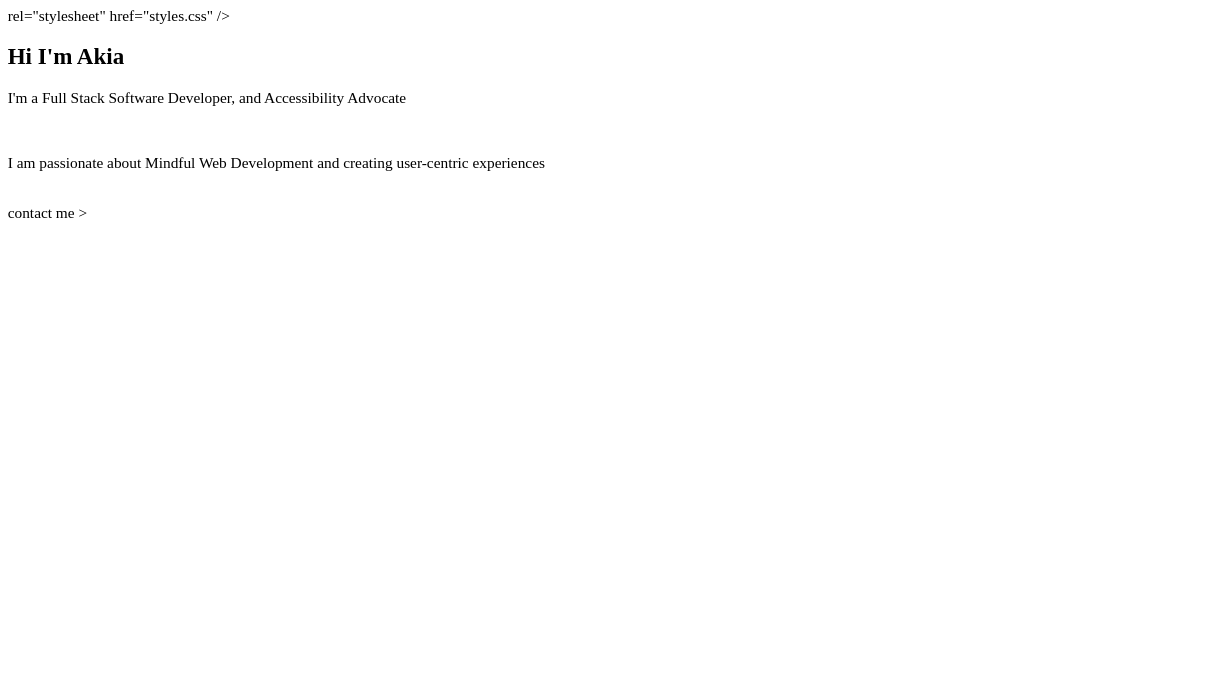
Repository: akiachenise/akiachenise.github.io
Page: index.html
An editor plug-in stored every save of this project. The page is shown before and after the next save, followed by the edit.
The browser window is 1280 px wide. The pictures show the whole page, at 96% of full size.

Above is the page before, as saved 2023-06-08 13:18:30.

After the next save:
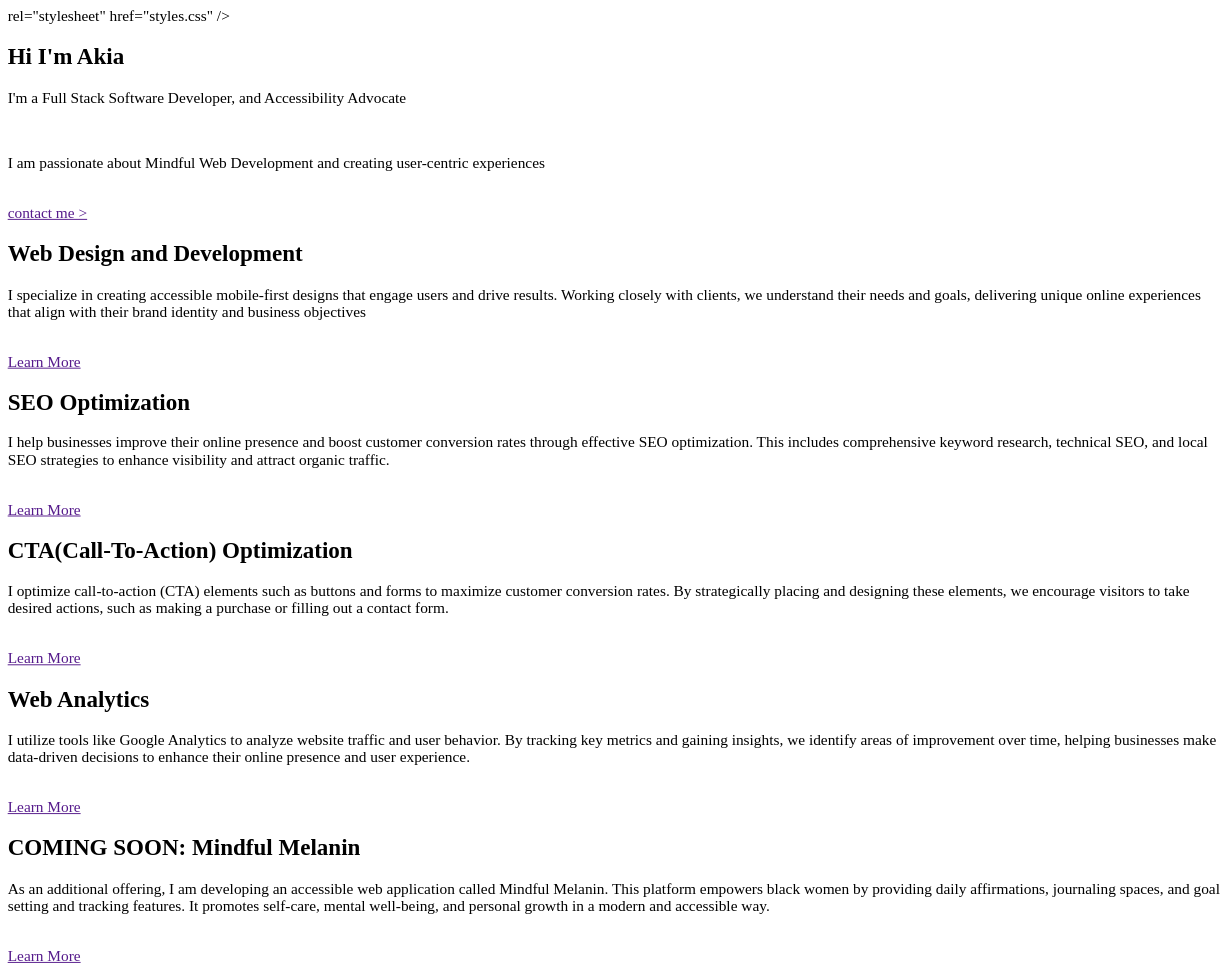
Saved 25 min 34 s later.
--- a/index.html
+++ b/index.html
@@ -22,10 +22,39 @@
             <br/>
             <p>I am passionate about Mindful Web Development and creating user-centric experiences</p>
             <br/>
-            <a>contact me ></a>
+            <a href="">contact me ></a>
         </div>
 
         </section>
+    <section class="dub-section">
+        <div class="square">
+            <h2>Web Design and Development</h2>
+            <p>I specialize in creating accessible mobile-first designs that engage users and drive results. Working closely with clients, we understand their needs and goals, delivering unique online experiences that align with their brand identity and business objectives</p>
+            </br>
+            <a href="">Learn More</a>
+            <h2>SEO Optimization</h2>
+            <p>I help businesses improve their online presence and boost customer conversion rates through effective SEO optimization. This includes comprehensive keyword research, technical SEO, and local SEO strategies to enhance visibility and attract organic traffic.</p>
+            </br>
+            <a href="">Learn More</a>
+            <h2>CTA(Call-To-Action) Optimization</h2>
+            <p>I optimize call-to-action (CTA) elements such as buttons and forms to maximize customer conversion rates. By strategically placing and designing these elements, we encourage visitors to take desired actions, such as making a purchase or filling out a contact form.</p>
+            </br>
+            <a href="">Learn More</a>
+            <h2>Web Analytics</h2>
+            <p>I utilize tools like Google Analytics to analyze website traffic and user behavior. By tracking key metrics and gaining insights, we identify areas of improvement over time, helping businesses make data-driven decisions to enhance their online presence and user experience.</p>
+            </br>
+            <a href="">Learn More</a>
+            <h2>COMING SOON: Mindful Melanin</h2>
+            <p>As an additional offering, I am developing an accessible web application called Mindful Melanin. This platform empowers black women by providing daily affirmations, journaling spaces, and goal setting and tracking features. It promotes self-care, mental well-being, and personal growth in a modern and accessible way.</p>
+            </br>
+            <a href="">Learn More</a>
+
+
+
+
+
+        </div>
+    </section>
 
 
             <script src="scripts.js></script>
